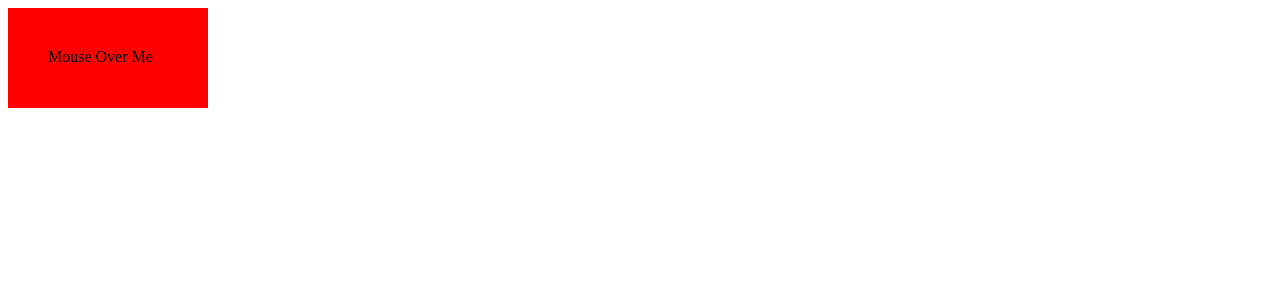
Repository: neem693/workspace
Page: studyhtml5/WebContent/ch05/practice_dom/practice_31.html
These files come from the project's save history. The page is drawn as it stood at one moment and after the next save; the edit follows.
The browser window is 1280 px wide. The pictures show the whole page.

Above is the page before, as saved 2018-03-13 04:00:27.

After the next save:
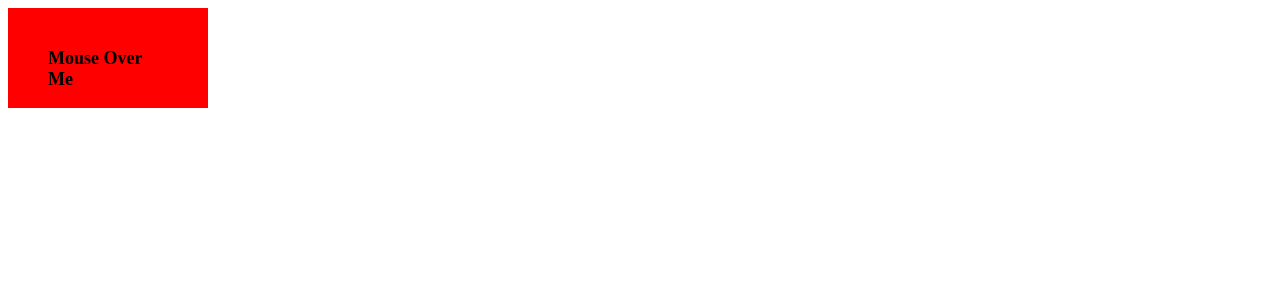
Saved 61 s later.
--- a/studyhtml5/WebContent/ch05/practice_dom/practice_31.html
+++ b/studyhtml5/WebContent/ch05/practice_dom/practice_31.html
@@ -10,7 +10,7 @@
 <body>
 
 	<div onmouseover="mOver(this)" onmouseout="mOut(this)"
-		style="background-color: red; width: 120px; height: 20px; padding: 40px;">Mouse
+		style="background-color: red; width: 120px; height: 20px; padding: 40px;font-size: large; font-weight: bold;">Mouse
 		Over Me</div>
 
 <script>
